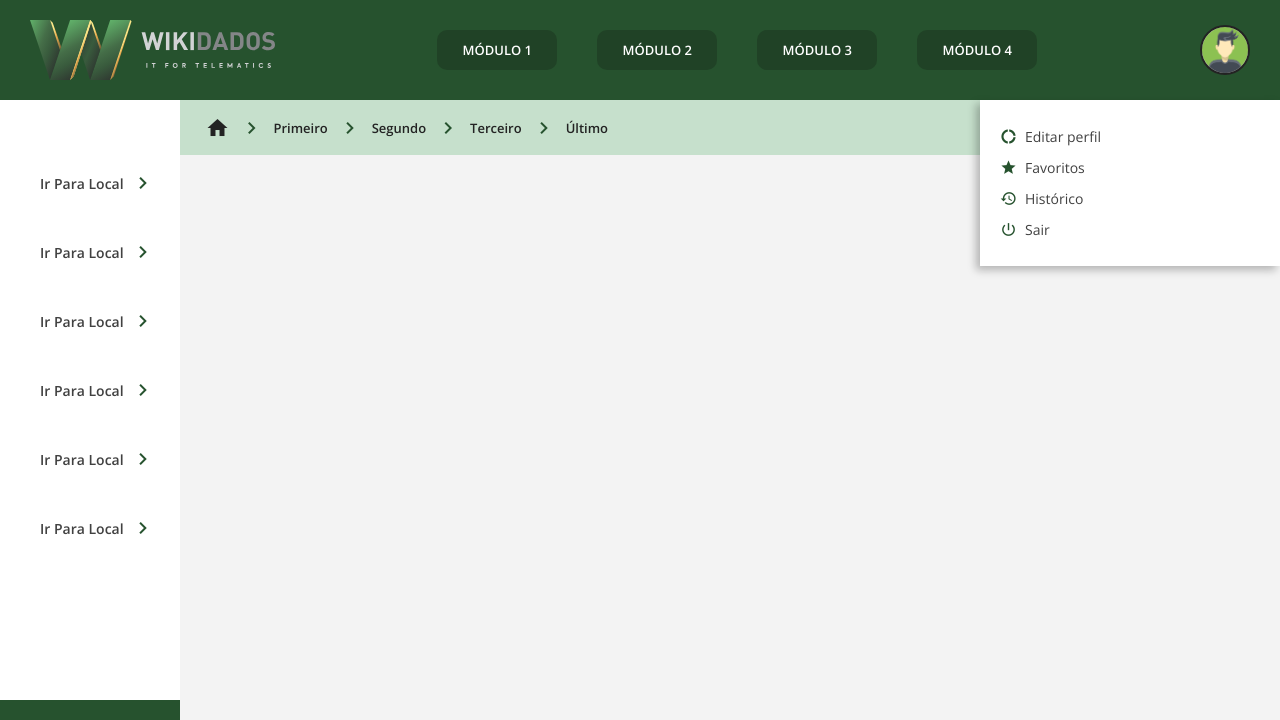
Repository: AlexDjon/alexdjon.github.io
Page: wiki-relayout/index.html
These files come from the project's save history. The page is drawn as it stood at one moment and after the next save; the edit follows.
The browser window is 1280 px wide. The pictures show the whole page.
After loading, the first visible `button.user` was clicked once.

Above is the page before, as saved 2020-08-12 16:01:58.

After the next save:
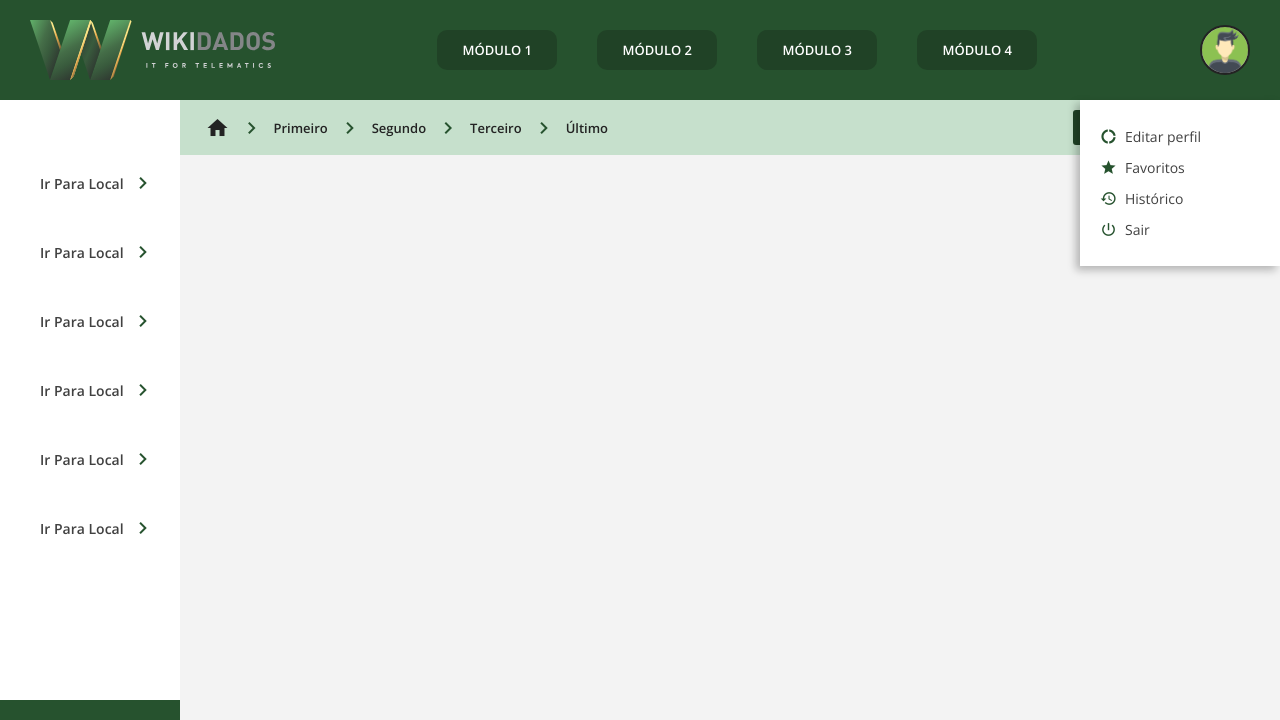
Saved 7 s later.
--- a/wiki-relayout/css/styles.css
+++ b/wiki-relayout/css/styles.css
@@ -74,7 +74,7 @@ body {
 /* AREAS */
 .areas {
   display: none;
-  min-width: 300px;
+  min-width: 200px;
   position: absolute;
   top: 100px;
   right: 0;
